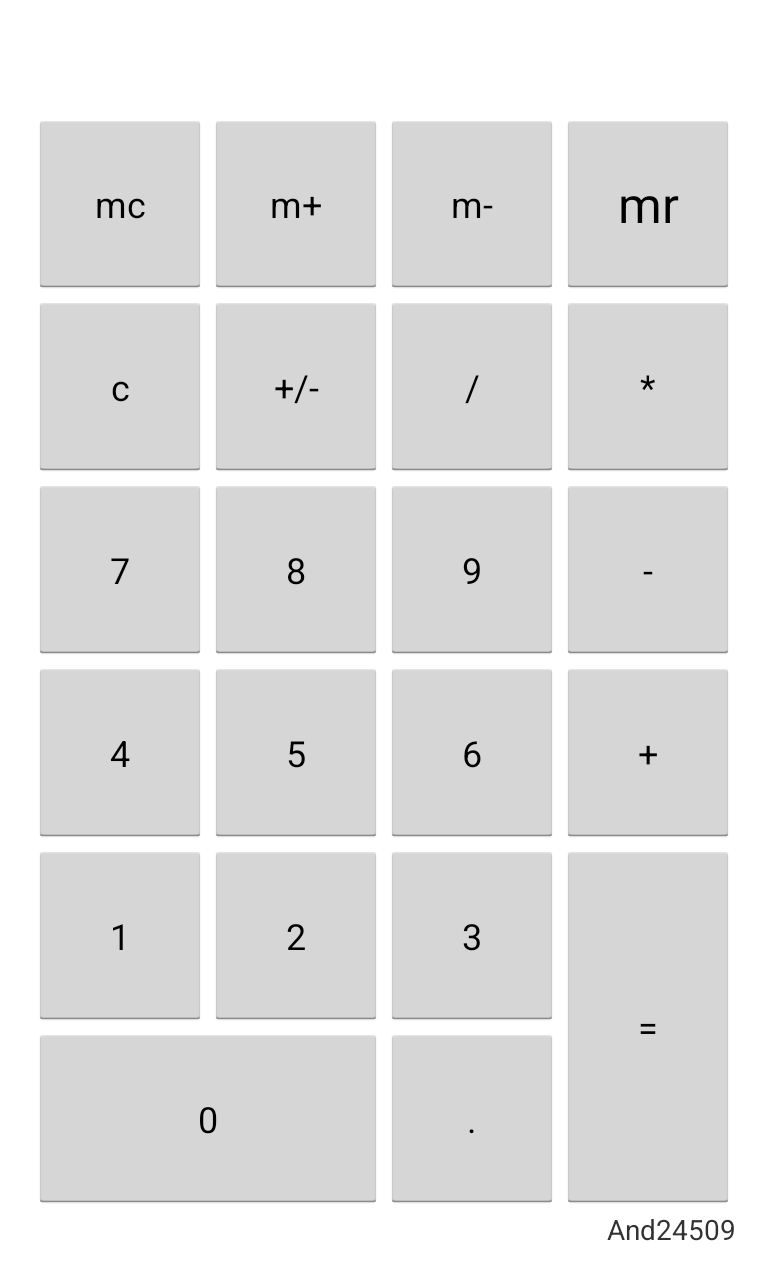
Repository: ericluo1123/myAndroidCode
Layout: myHomeWork/res/layout/activity_main.xml
These files come from the project's save history. The layout is drawn as it stood at one moment and after the next save; the edit follows.
It is drawn on a 768 x 1280 px phone screen (xhdpi) without system bars, with theme AppTheme; the app's code is not run.

Above is the layout before, as saved 2014-09-30 14:43:15.

After the next save:
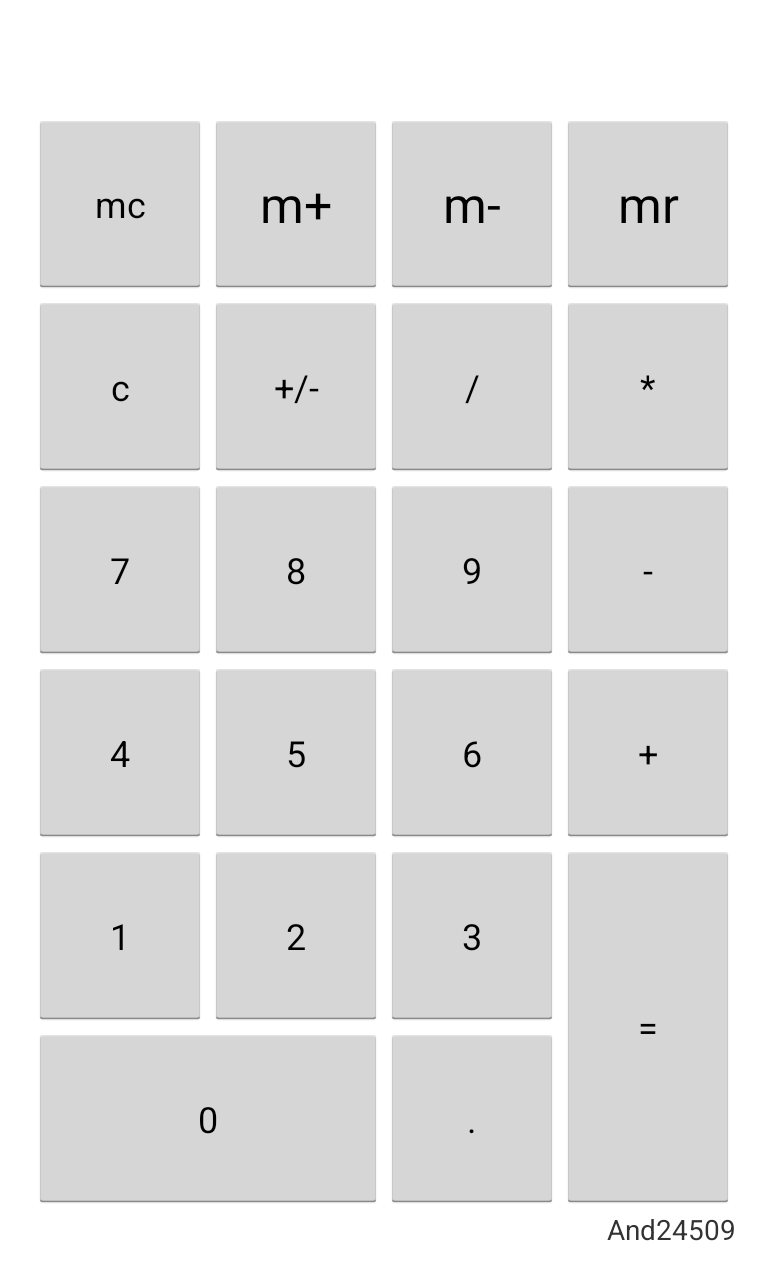
Saved 25 s later.
--- a/myHomeWork/res/layout/activity_main.xml
+++ b/myHomeWork/res/layout/activity_main.xml
@@ -48,7 +48,8 @@
                 android:layout_height="match_parent"
                 android:layout_weight="1"
                 android:onClick="0"
-                android:text="m+" />
+                android:text="m+"
+                android:textSize="25" />
 
             <Button
                 android:id="@+id/button3"
@@ -56,7 +57,8 @@
                 android:layout_height="match_parent"
                 android:layout_weight="1"
                 android:onClick="0"
-                android:text="m-" />
+                android:text="m-"
+                android:textSize="25sp" />
 
             <Button
                 android:id="@+id/button4"

After the save that followed:
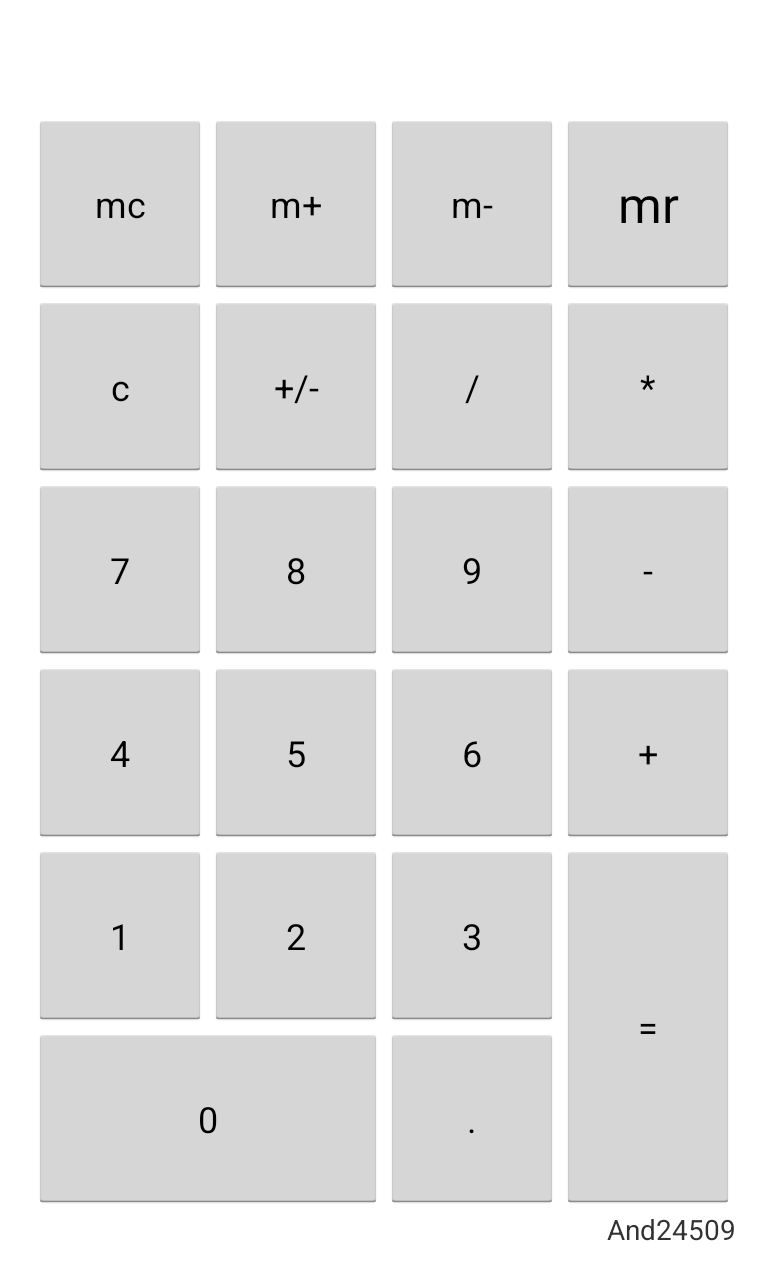
Saved 17 s later.
--- a/myHomeWork/res/layout/activity_main.xml
+++ b/myHomeWork/res/layout/activity_main.xml
@@ -48,8 +48,7 @@
                 android:layout_height="match_parent"
                 android:layout_weight="1"
                 android:onClick="0"
-                android:text="m+"
-                android:textSize="25" />
+                android:text="m+" />
 
             <Button
                 android:id="@+id/button3"
@@ -57,8 +56,7 @@
                 android:layout_height="match_parent"
                 android:layout_weight="1"
                 android:onClick="0"
-                android:text="m-"
-                android:textSize="25sp" />
+                android:text="m-" />
 
             <Button
                 android:id="@+id/button4"
